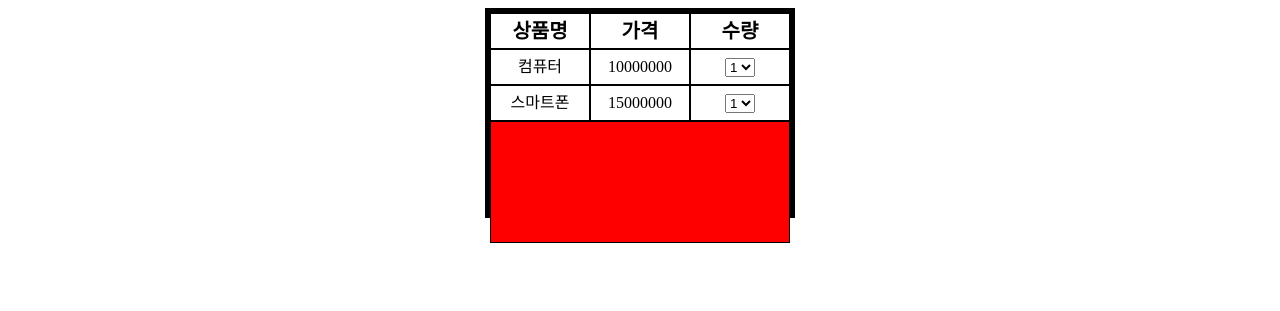
Repository: MySunTY/JSP
Page: http://localhost/JSP08/
These files come from the project's save history. The page is drawn as it stood at one moment and after the next save; the edit follows.
The browser window is 1280 px wide. The pictures show the whole page.
The page is served by Tomcat 9.

Above is the page before, as saved 2024-05-16 06:32:47.

After the next save:
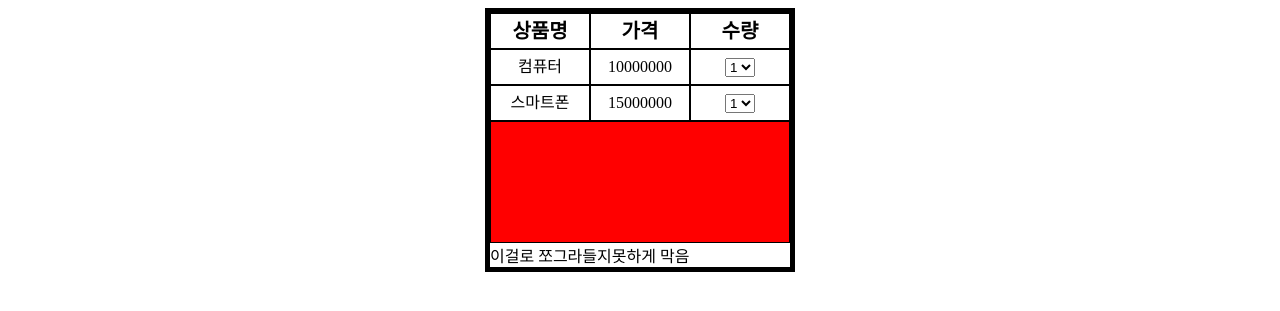
Saved 69 s later.
--- a/JSP08/src/main/webapp/css/style.css
+++ b/JSP08/src/main/webapp/css/style.css
@@ -1,7 +1,7 @@
 @charset "utf-8";
 #wrap{
 	width: 300px;
-	height : 200px;
+
 	border : 5px solid black;
 	margin : 0 auto;
 
@@ -32,3 +32,6 @@
 	border: 1px solid black;
 
 }
+#wrap:after{
+	content:"이걸로 쪼그라들지못하게 막음"
+}
